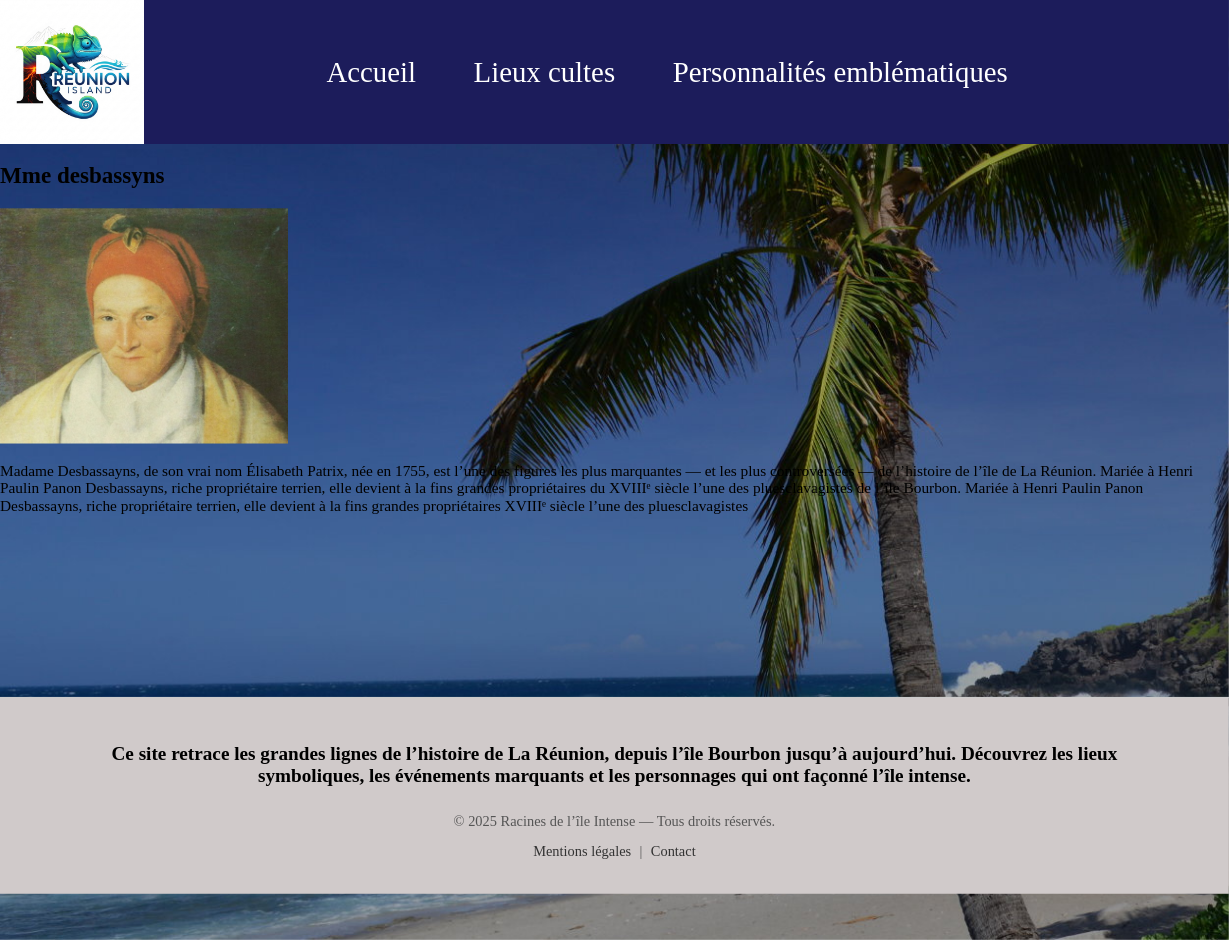
Repository: racinesintense974/Racines-de-lile-intense
Page: desbassayns.html
The author's editor kept a copy of each file at every save. The page is drawn from the files as they stood at one save, then again after the next save.
The browser window is 1280 px wide. The pictures show the whole page, at 96% of full size.

Above is the page before, as saved 2026-02-19 16:37:17.

### desbassayns.html
<!DOCTYPE html>
<html lang="fr">
<head>
    <meta charset="UTF-8">
    <title>Mme desbassyns</title>
    <link rel="stylesheet" href="css/meow.css">
</head>
<body>

<body>
    <section class="top-page">
        <header class="header">
            <img src="image/logo22.png" alt="logo du site">
        <nav class="nav">
    <ul class="menu">
        <li><a href="index.html">Accueil</a></li>

        <li class="dropdown">
            <a href="#">Lieux cultes</a>
            <ul class="submenu">
                <li><a href="mafate.html">Mafate</a></li>
                <li><a href="cilaos.html">Cilaos</a></li>
                <li><a href="volcans.html">Les volcans</a></li>
            </ul>
        </li>

        <li class="dropdown">
        <a href="#">Personnalités emblématiques</a>
            <ul class="submenu">
                <li><a href="olivier-levasseur.html">Olivier Levasseur</a></li>
                <li><a href="Desbassayns.html">Madame Desbassayns</a></li>
                <li><a href="Garros.html">Rolland Garros</a></li>
            </ul>
        </li>

    </ul>
    </nav>
</header>

<main>
    <h1>Mme desbassyns</h1>
    <img src="image/desbassyns.png" width="300">
        <p>
        Madame Desbassayns, de son vrai nom Élisabeth Patrix, née en 1755, est l’une des figures

        les plus marquantes — et les plus controversées — de l’histoire de l’île de La Réunion.

        Mariée à Henri Paulin Panon Desbassayns, riche propriétaire terrien, elle devient à la fins grandes propriétaires

        du XVIIIᵉ siècle l’une des pluesclavagistes de l’île Bourbon.

       Mariée à Henri Paulin Panon Desbassayns, riche propriétaire terrien, elle devient à la fins grandes propriétaires

       XVIIIᵉ siècle l’une des pluesclavagistes
        </p>
    </div>
</main>
<footer class="footer">
    <h1 class="big-title2">Ce site retrace les grandes lignes de l’histoire de La Réunion, depuis l’île Bourbon jusqu’à aujourd’hui. Découvrez les lieux symboliques, les événements marquants et les personnages qui ont façonné l’île intense.</h1>
  <p>&copy; 2025 Racines de l’île Intense — Tous droits réservés.</p>
  <p><a href="mentions-legales.html">Mentions légales</a> | <a href="contact.html">Contact</a></p>
</footer>

    </section>
</body>
</html>

### css/meow.css

*

body {
    margin: 0 auto;

}

header.header {
    display: flex;
    align-items: center;
    background-color: rgb(28, 28, 91);                    /* Entête */
    margin: 0;

}

header.header img {
    width: 150px;
}






section.top-page {
    background: url('../image/sudreunion_grandeanse.jpg');
    background-size: cover;
    height: 136vh;
    padding: 0px;
}
/* page de bienvenue (landing page) */
.big-title {
    color: rgb(255, 255, 255);
    font-size: 27px;
    padding: 55px 360px;
    background-color: rgba(0, 0, 0, 0.323);
    margin-top: 0;



}
html, body {
  height: 100%;           /* Nécessaire pour que le conteneur remplisse l'écran */
  margin: 0;
  padding: 0;
}

.conteneur-central {
  display: flex;
  justify-content: center;      /* centre horizontalement */
  align-items: center;          /* centre verticalement */
  height: 70vh;                /* 100% de la hauteur de l'écran */
}

/* La galerie contient les images */
.galerie-images {
  display: flex;
  gap: 20px;
  flex-wrap: wrap;
  justify-content: center;
}

.galerie-images img {
  width: 390px;
  height: auto;
  border-radius: 50px;
  box-shadow: 0 4px 10px rgba(0, 0, 0, 0.1);
  transition: transform 0.3s ease;
}

.galerie-images img:hover {
  transform: scale(1.05);
}

.big-title2 {
    color: black;
    font-size: 20px;
    padding: 10px 50px;
}

.footer {
    width: 100%;
  background-color: #d0caca;
  padding: 20px;
  text-align: center;
  font-size: 15px;
  color: #555;
  border-top: 1px solid #ccc;
  margin-top: 190px;
   box-sizing: border-box;

}

.footer a {
  color: #333;
  text-decoration: none;
  margin: 0 5px;
}

.footer a:hover {
  text-decoration: underline;
}


/* menu de navigation */

nav.nav {
    display: flex;
    justify-content: space-between;
    list-style: none;
    width: 970px;
    margin-left: 180px;
font-size: 30px;
}


nav.nav li {
    color: white;
}



/* ===== MENU DEROULANT LIEUX-CULTES ===== */

nav.nav ul.menu {
    list-style: none;
    display: flex;
    gap: 40px;           /* espace entre les éléments */
    margin: 0;
    padding: 0;
}

nav.nav ul.menu > li {
    position: relative;
}

nav.nav ul.menu a {
    text-decoration: none;
    color: white;
    font-size: 30px;
    padding: 10px;
}

/* Sous-menu caché */
.submenu {
    list-style: none;
    padding: 0;
    margin: 0;
    position: absolute;
    background: rgb(12, 16, 70);
    border-radius: 5px;
    border: 1px solid black;
    display: none;
    min-width: 180px;
    z-index: 10;
}

/* Liens du sous-menu */
.submenu li a {
    color: black;
    padding: 10px;
    display: block;
    font-size: 20px;
}

/* Apparition au survol */
.dropdown:hover .submenu {
    display: block;
}

/* Effet hover */
.submenu li a:hover {
    background-color: #a01212;
}

After the next save:
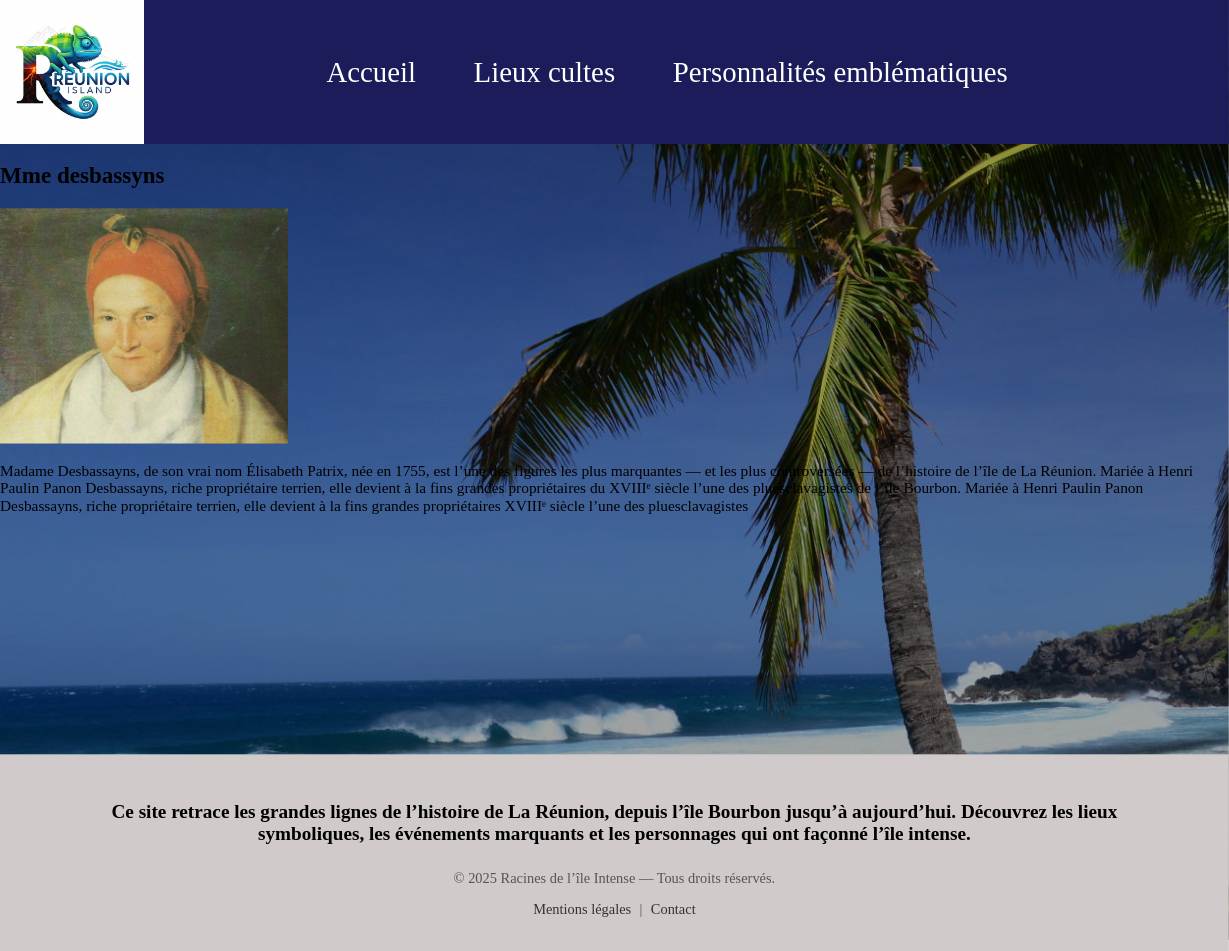
Saved 8 s later.
--- a/css/meow.css
+++ b/css/meow.css
@@ -87,7 +87,7 @@ html, body {
   font-size: 15px;
   color: #555;
   border-top: 1px solid #ccc;
-  margin-top: 190px;
+  margin-top: 250px;
    box-sizing: border-box;
 
 }
